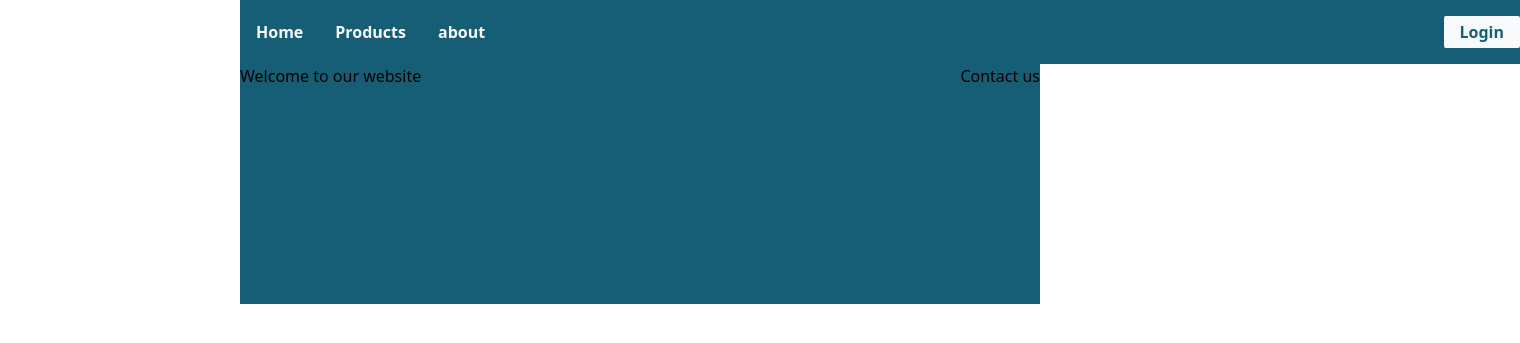
Repository: Sanaa00/svelte-test
Page: /
An editor plug-in stored every save of this project. The page is shown before and after the next save, followed by the edit.
The browser window is 1280 px wide. The page is 1520 px wide, so the pictures cover 1520 px, including what lies to the right of the window. The pictures show the whole page.
The project was rebuilt for these pictures with package versions that can differ from the ones it lists, and the page was loaded fresh each time. The framework's server and built-in components were replaced by stand-ins that run in the browser. Also part of the build but not shown: svelte.config.js, vite.config.js.

Above is the page before, as saved 2024-12-08 19:40:40.

### src/routes/+page.svelte
<script>
	import Footer from '../component/Footer.svelte';
	import Navbar from '../component/Navbar.svelte';
</script>

<Navbar />

<Footer />

### src/component/Footer.svelte
<script>
</script>

<footer class="mx-60 flex h-60 justify-between bg-cyan-800">
	<div>Welcome to our website</div>

	<div>Contact us</div>
</footer>

### src/component/Navbar.svelte
<script>
</script>

<main class="mx-60 w-full">
	<nav class="flex h-16 w-full items-center justify-between bg-cyan-800">
		<ul class="flex">
			<li class="px-4 font-semibold text-gray-50">Home</li>
			<li class="px-4 font-semibold text-gray-50">Products</li>
			<li class="px-4 font-semibold text-gray-50">about</li>
		</ul>
		<button
			class="rounded-sm bg-gray-50 px-4 py-1 font-semibold text-cyan-800
           ">Login</button
		>
	</nav>
</main>

### tailwind.config.js
import containerQueries from '@tailwindcss/container-queries';
import forms from '@tailwindcss/forms';
import typography from '@tailwindcss/typography';

/** @type {import('tailwindcss').Config} */
export default {
	content: ['./src/**/*.{html,js,svelte,ts}'],

	theme: {
		extend: {}
	},

	plugins: [typography, forms, containerQueries]
};

Loaded but not shown: src/app.html (common file); src/routes/+layout.svelte (common file); src/app.css (common file)

After the next save:
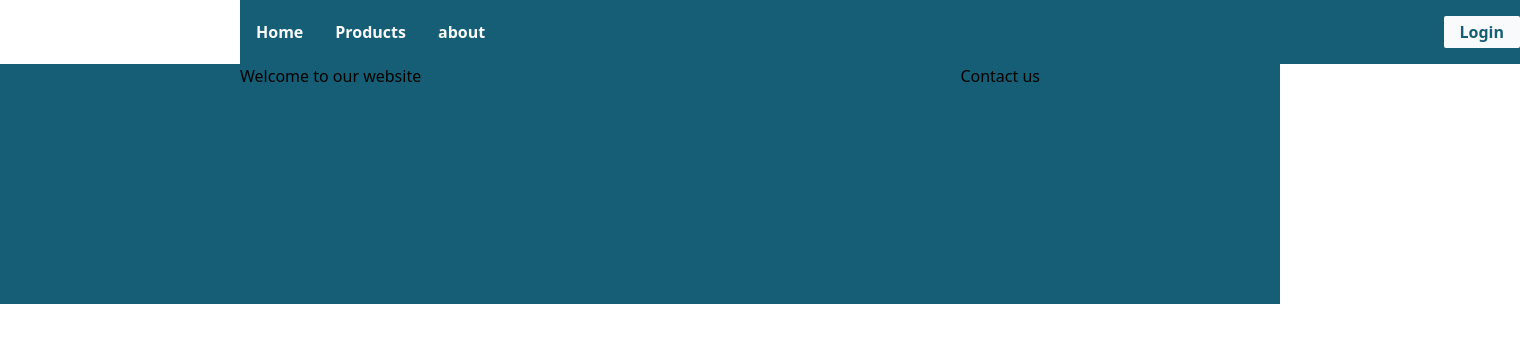
Saved 8 s later.
--- a/src/component/Footer.svelte
+++ b/src/component/Footer.svelte
@@ -1,7 +1,7 @@
 <script>
 </script>
 
-<footer class="mx-60 flex h-60 justify-between bg-cyan-800">
+<footer class="flex h-60 justify-between bg-cyan-800 px-60">
 	<div>Welcome to our website</div>
 
 	<div>Contact us</div>
